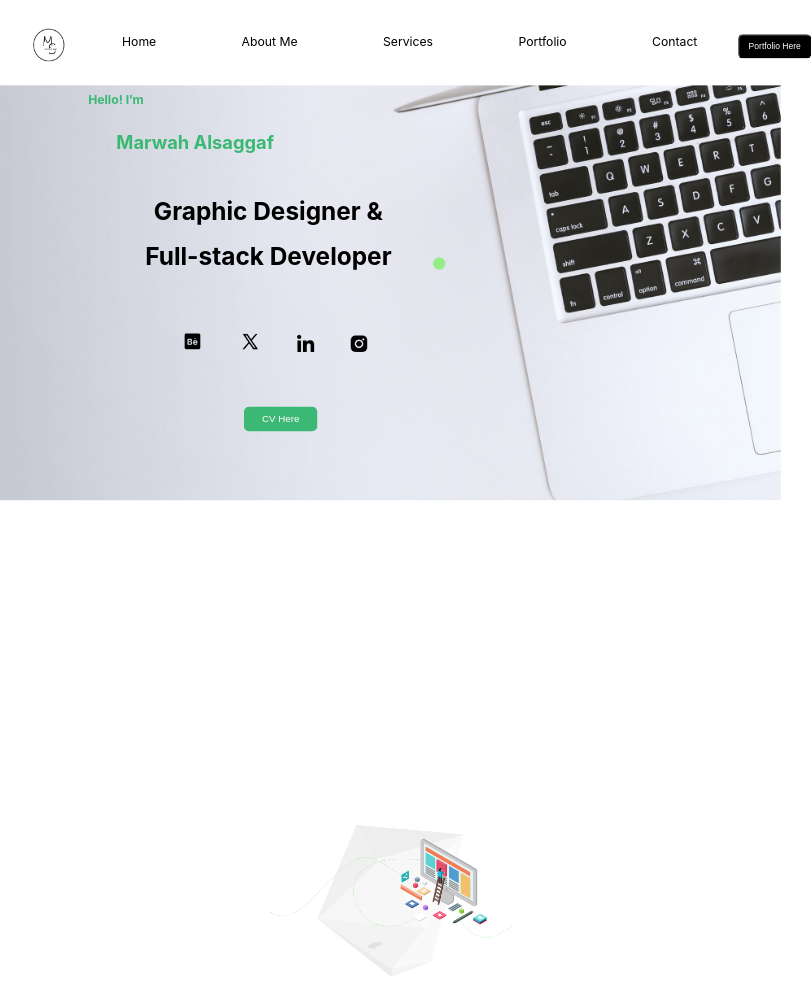
Repository: MEROO1010/Portfolio-2
Page: /
The author's editor kept a copy of each file at every save. The page is drawn from the files as they stood at one save, then again after the next save.
The browser window is 1280 px wide. The page is 1330 px wide, so the pictures cover 1330 px, including what lies to the right of the window. The pictures show the whole page, at 61% of full size.
The project was rebuilt for these pictures with package versions that can differ from the ones it lists, and the page was loaded fresh each time.

Above is the page before, as saved 2023-12-17 13:02:00.

### src/App.js
import './App.css';
import AboutMe from './components/AboutMe';
import Home from './components/Home';
import Navbar from './components/Navbar';

function App() {
  return (
    <div className="App">
     <Navbar/>
     <Home/>
     <AboutMe/>
    </div>
  );
}

export default App;

### src/components/AboutMe.js
import React from 'react'
import styled from "styled-components"
import ABOUTME from "../images/About me.png";

const AboutMe = () => {
  return (
    <Container >
      <img src={ABOUTME}alt=""/>
    </Container>
  )
}


const Container = styled.div `
  img{
    width:400px;
  }
`

export default AboutMe

### src/components/Home.js
import React from 'react'
import HomeImage from "../images/header background.png";
import Circle from "../images/Green-circle.png";
import Behance from "../images/Behance.png";
import TwitterX from "../images/TwitterX.png";
import LinkedIn from "../images/LinkedIn.png";
import Instagram from "../images/Instagram.png";

import styled from "styled-components"


const Home = () => {
  return (
    <Container>
       <BackgroundImage>
       <img src={HomeImage}alt=""/>

       <h4>Hello! I’m</h4>

       <h3>Marwah Alsaggaf</h3>

       <h1>Graphic Designer &</h1>
       <h1>Full-stack Developer </h1>
       <CircleIcon>
       <img src={Circle}alt=""/>
       </CircleIcon>

       <ul >
            <li><a href='https://github.com/MEROO1010'><img src={Behance}alt=""/></a></li>
            <li><a href='https://www.instagram.com/meroo_alsaggaf/'><img src={TwitterX}alt=""/></a></li>
            <li><a href='https://www.behance.net/merooalsaggaf'><img src={LinkedIn}alt=""/></a></li>
            <li><a href='https://www.linkedin.com/in/marwah-alsaggaf-ba44011b2/'><img src={Instagram}alt=""/></a></li>
          </ul>

          <CVButton>
         <button>CV Here</button>
       </CVButton>
       </BackgroundImage>


    </Container>
  )
}

const Container = styled.div`

`

const BackgroundImage = styled.div `
 img{
  object-fit:cover;
  max-width: 100%;
    max-height: 100%;
  -o-object-fit: contain;
    object-fit: contain;
 }

 h4{
  position:relative;
  bottom:700px;
  right:450px;
  font-size:20px;
  color:#3BB873
 }

 h3{
  position:relative;
  bottom:690px;
  right:320px;
  font-size:30px;
  color:#3BB873
 }

 h1{
  position:relative;
  bottom:650px;
  right:200px;
  font-size:40px;
  color:#000
 }


  ul{
    position:relative;
   list-style-type: none;

  padding-left: 40px;
  bottom: 620px;
  right:240px;
  overflow: hidden;

  }

  li{
    display: inline;
    padding-left:60px;
    position:relative;
  }
`

const CircleIcon = styled.div`
  img{
    position:relative;
  bottom:700px;
  left:80px;


  }
`

const CVButton = styled.div `
  button{
    position:relative;
margin-left:40px;
right:200px;
bottom:550px;
width:120px;
height:40px;
font-size:16px;
border-radius:8px;
border:none;
background-color:#3BB873;
color:white;
}
`

export default Home

### src/components/Navbar.js
import React from 'react'
import styled from "styled-components"
import MYLOGO from "../images/white logo.png";

const Navbar = () => {
  return (
    <Container>
       <ul>
          <li>Home</li>
          <li>About Me</li>
          <li>Services</li>
          <li>Portfolio</li>
          <li>Contact</li>
       </ul>

       <Logo>
       <img src={MYLOGO}alt=""/>
       </Logo>

       <PortfolioButton>
         <button>Portfolio Here</button>
       </PortfolioButton>
    </Container>
  )
}


const Container = styled.div `
margin-top:8px;
height:8px;
  ul{
    position:relative;
   list-style-type: none;

  padding-left: 40px;
  top: 40px;
  left:20px;
  overflow: hidden;
  background-color: #fff;
  }

  li {
    font-size:20px;
    position:sticky;
    justifyContent: flex-end;
    display: flex;
    right:100px;
  float: left;
  padding-left: 20px;
  margin-left:120px;


}
li a {
  display: block;
  color: white;
  text-align: center;
  padding: 16px;
  text-decoration: none;
}

li a:hover {
  background-color: #111111;
}
`

const Logo = styled.div `
position:relative;
bottom:20px;
padding-bottom:80px;
 img{
 width:80px;
 height:80px;
 float: left;
 margin-left:40px;
 padding-bottom:4px;
 justifyContent: flex-end;

 }
`

const PortfolioButton = styled.div`

  button{
    position:relative;
margin-left:40px;
left:550px;
bottom:80px;
width:120px;
height:40px;
font-size:14px;
border-radius:8px;
background-color:black;
color:white;
  }
`

export default Navbar

Loaded but not shown: public/index.html (common file); src/index.js (common file); src/index.css (common file); src/reportWebVitals.js (common file); src/App.css (common file)

After the next save:
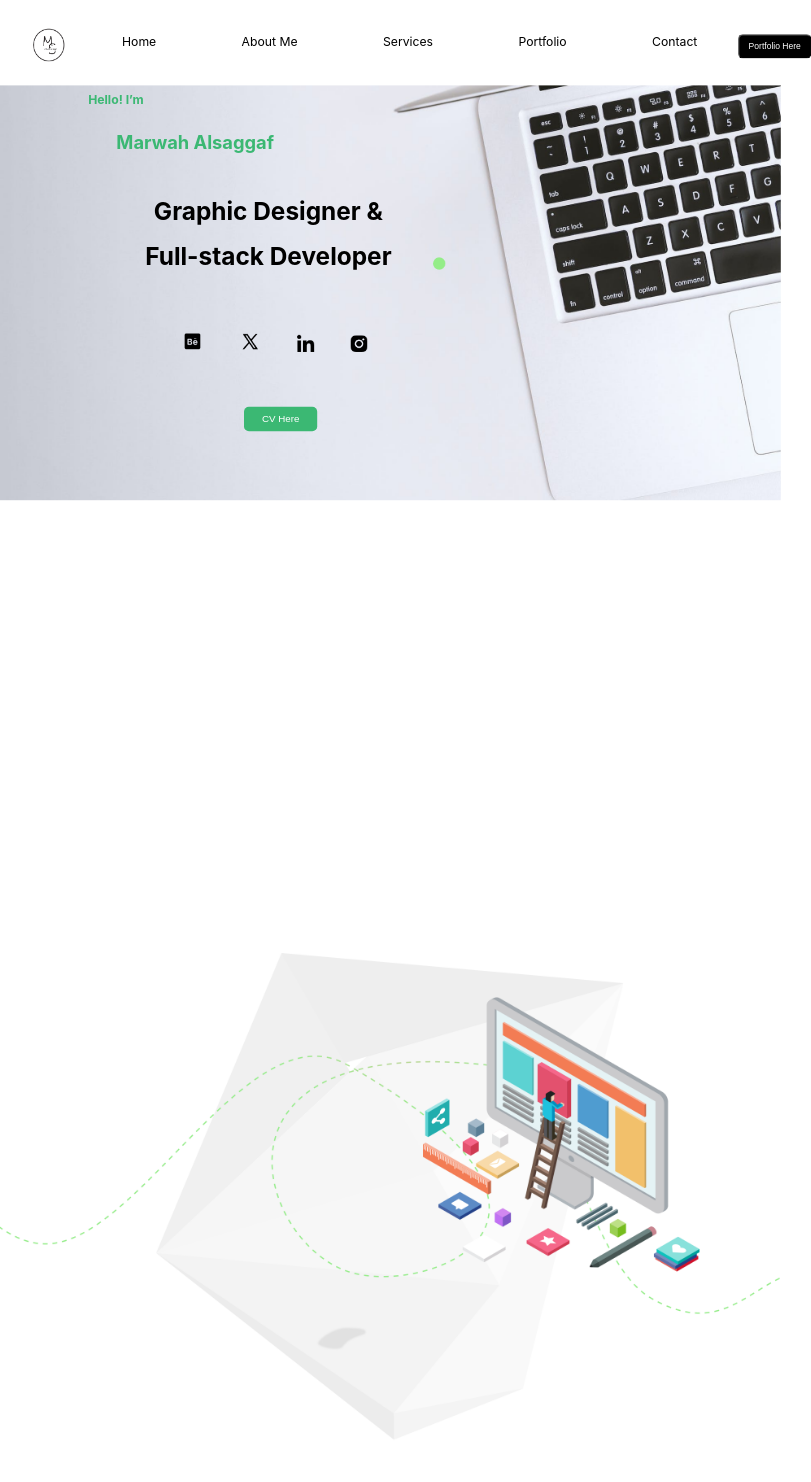
Saved 20 s later.
--- a/src/components/AboutMe.js
+++ b/src/components/AboutMe.js
@@ -13,7 +13,7 @@ const AboutMe = () => {
 
 const Container = styled.div `
   img{
-    width:400px;
+    width:100%;
   }
 `
 
